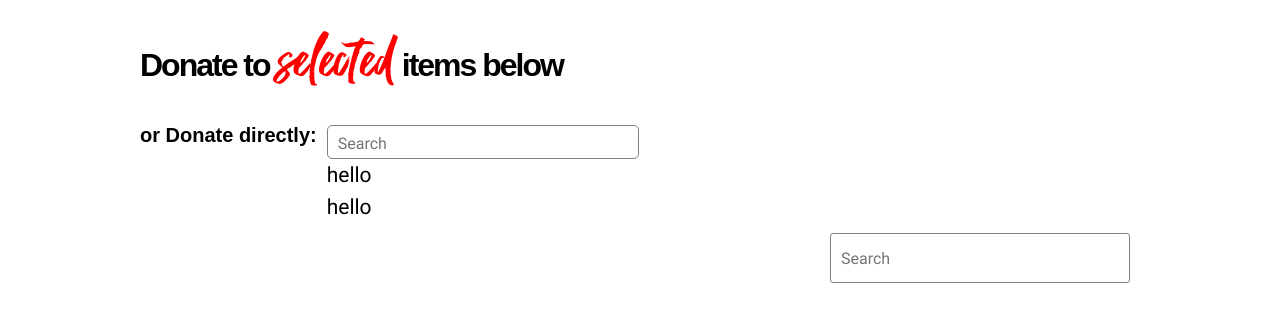
Repository: David-Waite/edableStyleChanges
Page: /
An editor plug-in stored every save of this project. The page is shown before and after the next save, followed by the edit.
The browser window is 1280 px wide. The pictures show the whole page.
The project was rebuilt for these pictures with package versions that can differ from the ones it lists, and the page was loaded fresh each time. Also part of the build but not shown: src/components/Item/ProgressBar.css, src/components/Volunteer/Volunteer.tsx, src/components/DonorForm/Message.css, src/components/Volunteer/VolunteerError.tsx, src/components/Default.tsx, src/components/DonorForm/Paypal.tsx, src/components/DonorForm/DonorForm.tsx, src/components/DonorForm/PastDonations.css and 8 more.

Above is the page before, as saved 2022-11-09 19:39:40.

### public/index.html
<!DOCTYPE html>
<html lang="en">
  <head>
    <meta charset="utf-8" />
    <link rel="icon" href="%PUBLIC_URL%/favicon.ico" />
    <meta name="viewport" content="width=device-width, initial-scale=1" />
    <meta name="theme-color" content="#000000" />
    <meta name="description" content="EdAble Donations System" />
    <link rel="apple-touch-icon" href="%PUBLIC_URL%/logo192.png" />
    <link rel="manifest" href="%PUBLIC_URL%/manifest.json" />
    <link
      rel="stylesheet"
      href="https://cdn.jsdelivr.net/npm/bootstrap@5.2.0-beta1/dist/css/bootstrap.min.css"
      integrity="sha384-0evHe/X+R7YkIZDRvuzKMRqM+OrBnVFBL6DOitfPri4tjfHxaWutUpFmBp4vmVor"
      crossorigin="anonymous"
    />
    <title>EdAble Donations</title>
  </head>
  <body>
    <noscript>You need to enable JavaScript to run this app.</noscript>
    <div id="root"></div>
  </body>
  <script src="./iframeResizer.contentWindow.min.js"></script>
</html>

### src/index.tsx
import React from 'react';
import ReactDOM from 'react-dom/client';
import './index.css';
import App from './App';
import reportWebVitals from './reportWebVitals';
import './fonts/Roboto/Roboto-Medium.ttf';
import './fonts/Lora/Lora-VariableFont_wght.ttf';

const root = ReactDOM.createRoot(
  document.getElementById('root') as HTMLElement
);
root.render(
  <React.StrictMode>
    <App />
  </React.StrictMode>
);

// If you want to start measuring performance in your app, pass a function
// to log results (for example: reportWebVitals(console.log))
// or send to an analytics endpoint. Learn more: https://bit.ly/CRA-vitals
reportWebVitals();

### src/index.css
body {
  margin: 0;
  -webkit-font-smoothing: antialiased;
  -moz-osx-font-smoothing: grayscale;
}

code {
  font-family: source-code-pro, Menlo, Monaco, Consolas, "Courier New",
    monospace;
}

* {
  box-sizing: border-box;
}

#page-wrap {
  padding-bottom: 10px;
  padding-top: 10px;
}
@font-face {
  font-family: "Roboto";
  src: local("Roboto"),
    url("./fonts/Roboto/Roboto-Medium.ttf") format("truetype");
}

@font-face {
  font-family: "Lora";
  src: local("Lora"),
    url("./fonts/Lora/Lora-VariableFont_wght.ttf") format("truetype");
}

@font-face {
  font-family: "black_stonealternative";
  src: local("blackStone"),
    url("./fonts/BlackStone/blackstone-alternative-webfont.woff") format("woff");
}

h1 {
  font-family: "Roboto";
  font-style: normal;
  font-weight: 700;
  font-size: 52px;
  line-height: 64px;
  /* identical to box height, or 123% */
  color: #000000;
}

h2 {
  font-family: "Lora";
  font-style: normal;
  font-weight: 700;
  font-size: 47px;
  line-height: 60px;
  /* identical to box height, or 128% */
  color: #f1f1f1;
}

h3 {
  font-family: "Lora";
  font-style: normal;
  font-weight: 700;
  font-size: 40px;
  line-height: 51px;
  color: #c4c4c4;
}

h4 {
  font-family: "Roboto";
  font-style: normal;
  font-weight: 700;
  font-size: 35px;
  line-height: 43px;
  /* identical to box height, or 123% */
  letter-spacing: 0.02em;
  color: #000000;
}

h5 {
  font-family: "Roboto";
  font-style: normal;
  font-weight: 700;
  font-size: 28px;
  line-height: 44px;
  /* identical to box height, or 157% */
  color: #000000;
}

h6 {
  font-family: "Roboto";
  font-style: normal;
  font-weight: 700;
  font-size: 21px;
  line-height: 25px;
  /* identical to box height */
  color: #000000;
}

body {
  font-family: "Roboto";
  font-style: normal;
  font-weight: 400;
  font-size: 21px;
  line-height: 32px;
  /* identical to box height, or 152% */
  color: #000000;
}

### src/App.tsx
import React from "react";
import "./App.css";
import { BrowserRouter, Routes, Route } from "react-router-dom";

import { PayPalScriptProvider } from "@paypal/react-paypal-js";
import Base from "./components/Base";
import Landing from "./components/Landing/Landing";
import Volunteer from "./components/Volunteer/Volunteer";
import VolunteerError from "./components/Volunteer/VolunteerError";
import Default from "./components/Default";
import Organisation from "./components/Organisation/Organisation";
import ItemPage from "./components/Item/ItemPage";
import Success from "./components/DonorForm/Success";
import Cancel from "./components/DonorForm/Cancel";
import PastDonations from "./components/DonorForm/PastDonations";
import PastItemDonations from "./components/DonorForm/PastItemDonations";
import DonateTime from "./components/Volunteer/DonateTime";

function App() {
  return (
    <PayPalScriptProvider
      options={{
        "client-id":
        process.env.REACT_APP_PAYPAL_CLIENT_ID||"ATT3Tn46NrmHggGqVC4mzWOZWlnbp2ID9DA0yQnhsgqPFIVPPlLhfSI_-atbZc3aN7n_k7wUVTyQJMnI",
        currency: "AUD",
      }}
    >
      <BrowserRouter>
        <Routes>
          <Route path="/" element={<Base />}>
            <Route path="/" element={<Landing />} />
            <Route path="volunteer" element={<Volunteer />} />
            <Route path="success" element={<Success />} />
            <Route path="organisation/:orgId" element={<Organisation />} />
            <Route path="cancel/:orgId" element={<Cancel />} />
            <Route path="volunteererror/:orgId" element={<VolunteerError />} />
            <Route path="organisation/:orgId" element={<PastDonations />} />
            <Route path="item/:orgID/:itemID" element={<ItemPage />} />
            <Route path="item/:orgID/:itemID" element={<PastItemDonations />} />
            <Route path="volunteer/organisation/:orgId" element={<DonateTime />} />
            <Route path="volunteer/success" element={<Success />} />

            {/* Using path="*"" means "match anything", so this route
                acts like a catch-all for URLs that we don't have explicit
              routes for. */}
            <Route path="*" element={<Default />} />
          </Route>
        </Routes>
      </BrowserRouter>
    </PayPalScriptProvider>
  );
}

export default App;

### src/App.css
.App {
  text-align: center;
}

.App-logo {
  height: 40vmin;
  pointer-events: none;
}

@media (prefers-reduced-motion: no-preference) {
  .App-logo {
    animation: App-logo-spin infinite 20s linear;
  }
}

.App-header {
  background-color: #282c34;
  min-height: 100vh;
  display: flex;
  flex-direction: column;
  align-items: center;
  justify-content: center;
  font-size: calc(10px + 2vmin);
  color: white;
}

.App-link {
  color: #61dafb;
}

@keyframes App-logo-spin {
  from {
    transform: rotate(0deg);
  }
  to {
    transform: rotate(360deg);
  }
}

.font-face-rob {
  font-family: "Roboto";
}

.font-face-lora {
  font-family: "Lora";
}

.font-face-Black {
  font-family: "black_stonealternative";
}

### src/components/Base.tsx
import { Outlet } from 'react-router-dom';

function BasePage() {
  return (
    <>
      {/* An <Outlet> renders whatever child route is currently active,
          so you can think about this <Outlet> as a placeholder for
        the child routes we defined above. */}
      <Outlet/>
    </>
  );
}

export default BasePage;

### src/components/Landing/Landing.tsx
import { useEffect, useState } from "react";
import "./Landing.css";
import { Link } from "react-router-dom";
import { db } from "../../config/firebase";
import { collection, query, onSnapshot, where } from "firebase/firestore";
import { Button, Container, Carousel, Row, Col } from "react-bootstrap";
import { ReactComponent as InclusionHero } from "./InclusionHero.svg";

import Sidebar from "./Sidebar";
import ItemsCollection from "./ItemsCollection";
import Organisation from "../Organisation/Organisation";

function Landing() {
  const [orgList, setOrgList] = useState<any>([]);

  // gets all the orgs from dbs
  useEffect(() => {
    const q = query(
      collection(db, "Organisations"),
      where("activeStatus", "==", true)
    );
    onSnapshot(q, (querySnapshot) => {
      // setOrgList dumps all the orgs in orgList
      setOrgList(
        querySnapshot.docs.map((doc) => ({
          id: doc.id,
          data: doc.data(),
        }))
      );
    });
  }, []);

  useEffect(() => {
    window.scrollTo(0, 0);
  }, []);

  function handleChange() {
    console.log("hi");
  }
  return (
    //   these lines set up the format of the page
    <>
      <div className="landing">
        {/* Burger menu */}

        <div className="App" id="outer-container">
          {/* Carousel */}
          <div className="slideshowCon">
            <Row>
              <Col>
                <div className="carouselContainer">
                  <Carousel
                    touch={true}
                    interval={4000}
                    indicators={true}
                    variant="light"
                  >
                    {orgList.map((org: any) => (
                      <Carousel.Item
                        key={org.id.toString()}
                        style={{
                          textAlign: "left",
                        }}
                      >
                        <Link
                          to={`organisation/${org.id}`}
                          style={{
                            textDecoration: "none",
                            color: "black",
                          }}
                        >
                          {/* this div contains the carousel item's contents and makes the whole carousel item a link (based on link tag above) */}
                          <div className="carousel-contents">
                            <img
                              className="carouselImage"
                              src={`${org.data.img}`}
                            />

                            <div className="caroursel-text">
                              <div className="carousel-contents-bottom">
                                <div>
                                  {" "}
                                  <h2 className="title">{org.data.name}</h2>
                                  <p className="orgSummary">
                                    {org.data.summary}
                                  </p>
                                </div>

                                <Button
                                  className="btnContribute"
                                  variant="warning"
                                >
                                  DONATE TO&#160;
                                  {org.data.name.toUpperCase()}!
                                </Button>
                              </div>
                            </div>
                          </div>
                        </Link>
                      </Carousel.Item>
                    ))}
                  </Carousel>
                </div>
              </Col>
            </Row>
          </div>
        </div>

        <div>
          <h2 className="pageTitle">
            Donate to <span>selected</span> items below
            <br />
          </h2>
          <div className="selectOrgCon">
            <h2 className="selectOrg">or Donate directly:</h2>
            <div className="orgSearchBar">
              <input
                className="input"
                type="text"
                placeholder="Search"
                onChange={handleChange}
                onClick={handleChange}
              />
              <div>
                <a>hello</a>
              </div>
              <div>
                <a>hello</a>
              </div>
            </div>
          </div>
        </div>

        <ItemsCollection orgList={orgList} />
      </div>
    </>
  );
}

export default Landing;

### src/components/Landing/Landing.css
.carousel-control-next,
.carousel-control-prev {
  width: 10%;
}

.landing {
  max-width: 1000px;

  margin: 0px auto 90px;
}
.pageTitle {
  font-size: 32px;
  color: black;
  font-family: sans-serif;
  margin-top: 60px;
  margin-bottom: 40px;
  letter-spacing: -2px;
  line-height: 0px;
  font-weight: 700;
}

.title {
  font-size: 32px;
  color: white;
  font-family: sans-serif;
}
.pageTitle span {
  font-family: "black_stonealternative";
  margin-left: 0px;
  margin-right: 0px;
  font-size: 55px;
  letter-spacing: 1px;
  font-weight: 100;
}

.selectOrg {
  font-size: 20px;
  color: black;
  font-family: sans-serif;

  font-weight: 700;
}
.selectOrgCon {
  display: flex;

  margin-bottom: 0px;
}

.orgSearchBar input {
  height: auto;
  padding: 0 10px;
}

.orgSearchBar input::placeholder {
  font-size: 16px;
}

.orgSearchBar {
  padding-top: 20px;
  margin-left: 10px;
}

.col {
  padding: 0;
}

.navBarContainer {
  margin-left: 30px;
  margin-top: 10px;
  position: absolute;
  color: white;
}

.carousel {
  /* margin: 3px; */
  /* border-radius: 30px; */

  color: white;
  /* height: ; */
}

.carouselImage {
  object-fit: cover;
  height: calc(500px - 140px);
}

.carousel-contents {
  display: flex;

  flex-direction: column;
  justify-content: flex-end;

  color: white;
  height: 500px;
}

.carousel-indicators {
  margin-bottom: 10px;
}

.carousel-contents-bottom {
  display: flex;
  align-items: center;
  justify-content: space-between;
  gap: 10px;

  margin-bottom: 30px;
}

.caroursel-text {
  padding: 0px 25px;
  height: 140px;
  background-color: #333333;
}

.btnContribute {
  background-color: #e50040;
  color: white;
  border: none;
  border-radius: 3px;
}

.btnContribute span {
  margin-left: 3px;
  font-size: 16px;
  font-weight: 400;
  color: white;
}

.btnContribute div {
  font-size: 16px;
  font-weight: 400;
  margin: 0;
}

.btnContribute:hover {
  background-color: #d4033e;
  color: white;
}

.orgSummary {
  font-size: 16px;
  line-height: 25px;
  margin-bottom: 0px;
}

.imgCarousel {
  width: 100%;
  height: 600px;
}

.orgList {
  font-family: sans-serif;
  font-size: 20px;
  color: black;
}

.orgListCon {
  display: flex;
  align-items: center;
}
@media (max-width: 1040px) {
  .landing {
    padding: 0 20px;
  }
}

@media (max-width: 900px) {
  .title {
    font-size: 28px !important;
  }
}

@media (max-width: 800px) {
  .carousel-contents-bottom {
    flex-direction: column;
    align-items: flex-start;

    gap: 0px;
  }
  .caroursel-text {
    height: 200px;
  }
}

@media (max-width: 500px) {
  .btnContribute div {
    width: 100%;
  }

  .caroursel-text {
    height: 220px;
  }
}

@media (max-width: 370px) {
  .btnContribute {
    margin-top: -10px;
    font-size: 10px;
  }
}

@media (max-width: 325px) {
  .btnContribute span {
    font-size: 9px;
  }
}

/* #carousel-indicators {
    color:rgb(17, 0, 61)
} */

/* Button {
  font-size: x-small;
  style={{ backgroundImage: `url(${org.data.img})` }}




   <img
                              className="imgCarousel"
                              src={org.data.img}
                              alt={`${org.data.name}` + "'s logo"}
                            />
} */

### src/config/firebase.js
import { initializeApp } from "firebase/app";
import { getFirestore } from "firebase/firestore";
import { initializeAppCheck, ReCaptchaV3Provider } from "firebase/app-check";

const firebaseConfig = {
  apiKey: "AIzaSyDs6EtNxxw7Q9vqGTd9EFzCkpK4aQ9u_dY",
  authDomain: "edable-swinburne.firebaseapp.com",
  projectId: "edable-swinburne",
  storageBucket: "edable-swinburne.appspot.com",
  messagingSenderId: "217658206897",
  appId: "1:217658206897:web:529a69fce1bf349d7ad090",
  measurementId: "G-2R2MP9QZ9F",
};

// Initialize Firebase
const app = initializeApp(firebaseConfig);
const db = getFirestore(app);

// app check
const appCheck = initializeAppCheck(app, {
  provider: new ReCaptchaV3Provider("6LcACHkiAAAAAI-dIVsdXLO9-vrCICsqM5sRRjbJ"),
  isTokenAutoRefreshEnabled: true,
});

export { db };

### src/components/Landing/ItemsCollection.tsx
import { useState, useEffect } from "react";
import {
  collectionGroup,
  query,
  onSnapshot,
  collection,
  where,
  getDocs,
} from "firebase/firestore";
import { db } from "../../config/firebase";
import Card from "react-bootstrap/Card";
import ProgressBar from "react-bootstrap/ProgressBar";
import { Link } from "react-router-dom";
import styles from "./ItemsCollection.module.css";
import "../Item/ProgressBar.css";

function ItemsCollection(props: any) {
  const [itemList, setItemList] = useState<any>([]);
  const [search, setSearch] = useState<string>("");

  useEffect(() => {
    const q = query(
      collectionGroup(db, "Items"),
      where("activeStatus", "==", true)
    );

    onSnapshot(q, async (querySnapshot) => {
      setItemList(
        querySnapshot.docs.map((doc) => ({
          id: doc.id,
          data: doc.data(),
          parentDoc: doc.ref.parent.parent?.id,
        }))
      );
    });
  }, []);

  function mergeLists() {
    const mergeList: any = [];
    itemList.map((item: any) => {
      props.orgList.map((org: any) => {
        if (item.parentDoc === org.id) {
          if (item.data.activeStatus === true) {
            mergeList.push({
              ...item,
              orgName: org.data.name,
              orgActiveStatus: org.data.activeStatus,
            });
          }
        }
      });
    });
    return mergeList;
  }

  const mergeList = mergeLists();

  const handleChange = (e: React.ChangeEvent<HTMLInputElement>) => {
    setSearch(e.target.value);
  };
  const filteredItems = mergeList.filter((item: any) =>
    item.data.name.toLowerCase().includes(search.toLowerCase())
  );

  return (
    <>
      <div className={styles.containerDiv}>
        <div
          className={styles.searchBar}
          style={{
            borderRadius: "3px",
            display: "flex",
            alignItems: "right",
            justifyContent: "right",
          }}
        >
          <input
            style={{ fontSize: "16px" }}
            className={styles.input}
            type="text"
            onChange={handleChange}
            placeholder="Search"
          />
        </div>

        <div className={styles.cardParentDiv}>
          {filteredItems.map((item: any) => (
            <div key={item.id.toString()} className={styles.cards}>
              <div className={styles.cardImage}>
                <img src={item.data.img} alt={`Image of  ${item.data.name}`} />
              </div>

              <div className={styles.cardBody}>
                <div>
                  <h3 className={styles.cardTitle}>
                    {item.orgName}:
                    <br />
                    <span>{item.data.name}</span>
                  </h3>

                  <p className={styles.cardDes}>{item.data.summary}</p>
                </div>

                <div className={styles.bottomHalfCard}>
                  <p>
                    ${item.data.totalDonationsValue || 0} of $
                    {item.data.initialPrice}
                  </p>
                  <ProgressBar
                    striped
                    now={
                      item.data.totalDonationsValue
                        ? (item.data.totalDonationsValue /
                            item.data.initialPrice) *
                          100
                        : 0
                    }
                    label={`${Math.round(
                      (item.data.totalDonationsValue / item.data.initialPrice) *
                        100
                    )}%`}
                  />
                  <Link
                    style={{
                      textDecoration: "none",
                      color: "black",
                    }}
                    to={`item/${item.parentDoc}/${item.id}`}
                  >
                    <div className={styles.btn}>DONATE NOW!</div>
                  </Link>
                </div>
              </div>
            </div>
          ))}
        </div>
      </div>
    </>
  );
}

export default ItemsCollection;

### src/components/Organisation/Organisation.module.css
.body {
  background-color: black;
}

* {
  margin: 0;
  padding: 0;
}

img {
  max-width: 100%;
}

.section {
  max-width: 1000px;
  margin: 0 auto;
  background-color: white;
}

.orgName,
.volunteerOrgName span {
  font-family: "black_stonealternative";
  margin-left: 0px;
  margin-right: 0px;
  font-size: 55px;
  font-weight: 100;
  color: #5e17a9;
  line-height: 45px;
}

.orgNameSpan,
.volunteerOrgName {
  font-size: 32px;
  color: black;
  font-family: sans-serif;
  font-weight: 600;
  line-height: normal;
}
.volunteerOrgName span {
  color: #5e17a9;
}
.line {
  margin: 20px 0 30px;
  height: 3px;
  width: 70px;
  background-color: #511493;
}

.itemName {
  font-size: 32px;
  color: black;
  font-family: sans-serif;
  font-weight: 600;
  line-height: normal;
}

.itemImgDesktop {
  margin-bottom: 20px;
}

.sideIdmage {
  display: flex;
  flex-direction: column;
}

.itemImgMobile,
.mobileSideImg {
  display: none;
}

.itemName span {
  color: #511493;
  font-size: 33px;
}

.des {
  margin-top: 20px;
  font-size: 16px;
  font-weight: 100;
  line-height: 25px;
  color: #333333;
}
.mainContent {
  margin-top: 40px;
  display: grid;
  grid-template-columns: 1fr 1.5fr;
  gap: 80px;
}
.btn {
  display: flex;
  align-items: center;
  height: 40px;
  color: white;

  border-radius: 3px !important;
  font-size: 16px;
  font-weight: 400;
  padding: 0 15px;
}

a {
  text-decoration: none !important;
}
.websiteBtn {
  height: 40px;

  border-radius: 3px !important;
  font-size: 16px;
  font-weight: 400;
  padding: 10px 15px;

  color: white;
  background-color: #511493;
}
.btn:hover {
  color: white;
}

.goBack {
  background-color: #e50040;
}

.goBack:hover {
  background-color: #f16800;
}

.orgImg {
  width: 100%;
  height: 500px;
  object-fit: cover;
}

.website {
  padding: 30px;
  margin-top: 10px;
  background: linear-gradient(58.89deg, #5e17a9 31.3%, #e50040 67.75%);
  color: white;
}

.website div {
  margin-top: 10px;
}
.website a {
  background-color: #e50040;
  width: 100%;
  color: white;
  border-radius: 3px !important;
  font-size: 16px;
  font-weight: 400;
  padding: 10px 15px;
}

.header {
  margin: 10px 0;
  display: flex;
  gap: 10px;

  align-items: center;
}

h6 {
  margin-top: 30px;
  font-size: 33px;
  font-weight: 400;
  line-height: 30px;
}

h6 div {
  font-family: "black_stonealternative";
  margin-top: 30px;
  color: #5e17a9;
  font-size: 55px;
  letter-spacing: 1px;
  font-weight: 100;
}

.orgDescription {
  margin-top: 20px;
  font-size: 16;
}

.formCon {
  margin-top: 20px;
}

.btnPurple {
  background-color: #511493;
}
.topItem {
  display: flex;
  align-items: center;
  gap: 40px;
}

.backButton {
  margin-top: 30px;
  color: white;
  border-radius: 3px;
  background-color: #e50040;
  border: none;
}

.backButton:hover {
  color: white;

  background-color: #d4033e;
}

.topButton:hover {
  background-color: #f16800;
}

.card {
  border-radius: 3px;
  border: none;

  background-color: #f4f4f4;
}

.card img {
  width: 100%;
}

.cardContent {
  padding: 20px;
}

.cardTitle {
  font-size: 18px;
  color: black;
  font-family: sans-serif;
  height: auto;
  line-height: 25px;
}

.cardDes {
  margin-top: 0px;
  color: rgb(29, 29, 29);
  font-size: 16px;
  letter-spacing: 0.1px;
  line-height: 20px;
  font-weight: 400;
}

@media (max-width: 1040px) {
  .section {
    padding: 0 20px;
  }
}
@media (max-width: 700px) {
  .content {
    padding: 0 20px 50px;
  }
  .formContainer {
    padding: 30px 20px;
  }
  .topItem {
    display: flex;
    flex-direction: column;
    gap: 40px;
  }
  .card {
    width: 100%;
  }
}

@media (max-width: 900px) {
  .mainContent {
    display: grid;
    grid-template-columns: 1fr;
    gap: 20px;
    margin-bottom: 10px;
  }
  .itemImgDesktop,
  .desktopSideImg {
    display: none;
  }
  .mobileSideImg {
    display: block;
  }

  .itemImgMobile {
    display: block;
    width: 100%;
  }
}

@media (max-width: 500px) {
  label {
    font-size: 10px;
  }

  h6 {
    font-size: 25px;
  }
  h6 span {
    font-size: 40px;
  }
  .btn {
    font-size: 12px;
  }
}

### src/components/Landing/ItemsCollection.module.css
.containerDiv {
  /* background-color: rgb(212, 238, 249); */
  border-radius: 40px;
}

.searchBar {
  border-radius: 3px !important;
  padding: 0;
}
.title {
  font-size: 32px;
  color: black;
  font-family: sans-serif;
  margin-top: 60px;
  margin-bottom: 40px;

  letter-spacing: -2px;
}

.title span {
  font-family: "black_stonealternative";
  margin-left: 0px;
  margin-right: 0px;
  font-size: 55px;
  letter-spacing: 1px;
  font-weight: 100;
}

.input {
  margin: 10px;
  width: 300px;
  border-radius: 3px;
  padding: 2px 10px;
}

.cardParentDiv {
  margin-top: 20px;
  display: grid;
  grid-template-columns: 1fr 1fr 1fr;
  gap: 30px;
}

.bottomHalfCard {
  align-self: end;
}
.cardParentDiv img {
  width: 100%;
  height: 180px;
  object-fit: cover;
  padding: 0;
  margin: 0;
}

.cardImage {
  height: 180px;
}
.cardTitle {
  font-size: 18px;
  color: black;
  font-family: sans-serif;
  height: auto;
  line-height: 25px;
}

.cardTitle span {
  color: #e50040;
}

.cardDes {
  height: 60px;
  margin-top: 0px;
  color: rgb(29, 29, 29);
  font-size: 16px;
  letter-spacing: 0.1px;
  line-height: 16px;
  font-weight: 400;
}

.btn {
  text-decoration: none;
  color: white;
  display: flex;
  align-items: center;
  justify-content: center;
  height: 40px;
  margin-top: 10px;
  margin-bottom: -15px;
  text-align: center;
  border-radius: 3px;
  font-size: 16px;
  font-weight: 400;

  background-color: #5e17a9;
}

.cardBody {
  padding: 10px 10px 30px 10px;
}

.cards {
  border-radius: 3px;
  border: none;
  background-color: #f4f4f4;
}

@media (max-width: 1040px) {
  .cardParentDiv {
    grid-template-columns: 1fr 1fr;
    gap: 60px;
  }
  .input {
    width: calc(100vw - 40px);
  }
}

@media (max-width: 650px) {
  .cardParentDiv {
    grid-template-columns: 1fr 1fr;
    gap: 20px;
  }
}

@media (max-width: 600px) {
  .cardParentDiv {
    grid-template-columns: 1fr;
    gap: 20px;
  }
}

### src/components/DonorForm/DonorForm.css
.donorInfoContainer {
  background-color: rgb(238, 238, 238);
  padding: 20px 40px;
  border-radius: 3px;
}

.formTitle {
  color: #5e17a9;
}

.presetButtons {
  display: flex;
  align-items: center;
  justify-content: flex-start;
  margin-bottom: -20px;
}

label,
.or {
  padding: 5px 0;
  font-weight: lighter;
}

label span {
  color: rgb(176, 53, 53);
  margin-left: 2px;
}

input:disabled {
  background-color: rgb(197, 197, 197);
}

.checkbox {
  display: flex;
  justify-content: start;
  align-items: center;
}

.checkbox input {
  width: auto;
  margin-right: 5px;
}

.monthlyPayment {
  margin-top: 15px;
  margin-bottom: -25px;
}

.availablity {
  display: flex;
  gap: 60px;
  padding-bottom: 10px;
}

.isAron {
  margin-top: 15px;
}
.mailingList {
  margin-bottom: 15px;
}
input,
select {
  height: 50px;
  width: 100%;
  border: 0.1px solid;
  border-color: grey;
  border-radius: 5px;
}

select {
  padding: 15px 10px;
  border: none;
}

span {
  font-size: large;
  color: red;
}

.proceedPayBtn {
  color: white;
  background-color: #ff7000;
  border-color: #ff7000;
  margin-right: auto;
}

.proceedPayBtn:hover {
  background-color: #f16800;
  color: white;
}

button {
  border-radius: 4px;
  border: 1px solid rgb(215, 215, 215);
  padding: 5px 10px;
  font-size: 14px;
  margin: 5px;
  color: white;
  background-color: #ff7000;
  border-color: #ff7000;
}

button[type="submit"],
input[type="submit"] {
  background: #ec598f;
  color: white;
  text-transform: uppercase;
  border: none;
  margin-top: 40px;
  padding: 10px;
  font-size: 16px;
  font-weight: 400;
  letter-spacing: 10px;
}

Loaded but not shown: src/reportWebVitals.ts (common file); public/iframeResizer.contentWindow.min.js (library)

After the next save:
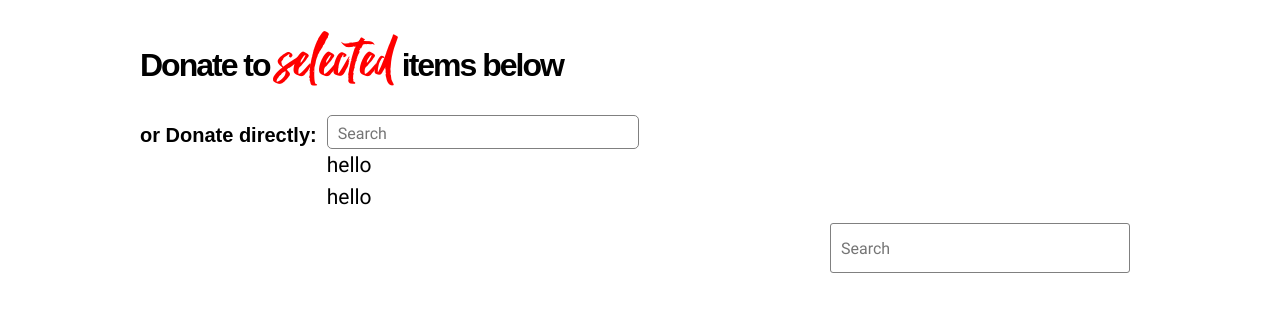
Saved 4 s later.
--- a/src/components/Landing/Landing.css
+++ b/src/components/Landing/Landing.css
@@ -56,7 +56,7 @@
 }
 
 .orgSearchBar {
-  padding-top: 20px;
+  padding-top: 10px;
   margin-left: 10px;
 }
 
